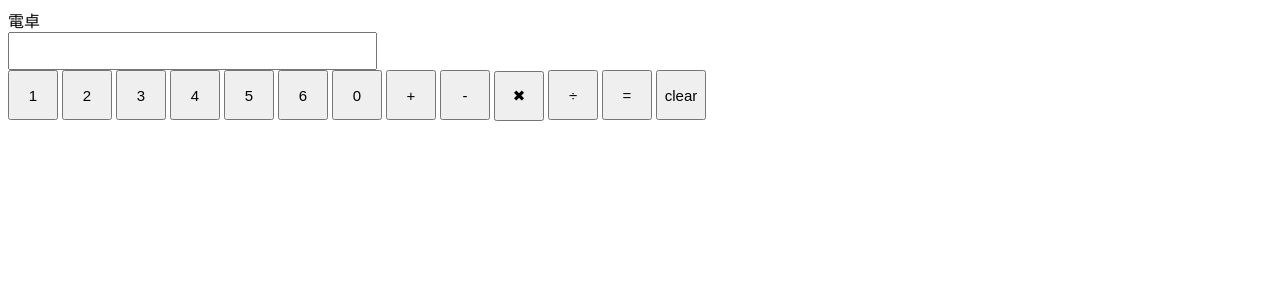
Repository: U-dias/work3
Page: 実践課題(電卓)/index.html
The author's editor kept a record of every edit. The page is drawn from the files as they stood at one moment, then again after the next edit.
The browser window is 1280 px wide. The pictures show the whole page.

Above is the page before.

After the next edit:
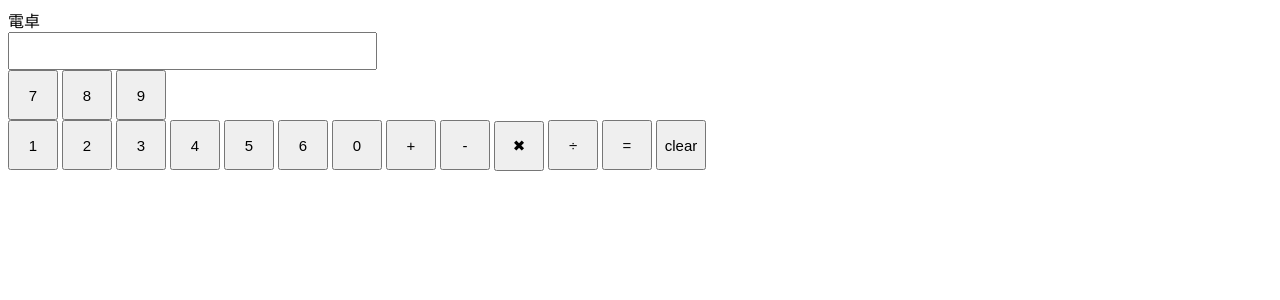
The edit:
--- a/実践課題(電卓)/index.html
+++ b/実践課題(電卓)/index.html
@@ -22,6 +22,10 @@
         }
 }
  </script>
+ <button onclick="append('7')">7</button>
+ <button onclick="append('8')">8</button>
+ <button onclick="append('9')">9</button><br />
+
  <button onclick="append('1')">1</button>
  <button onclick="append('2')">2</button>
  <button onclick="append('3')">3</button>
